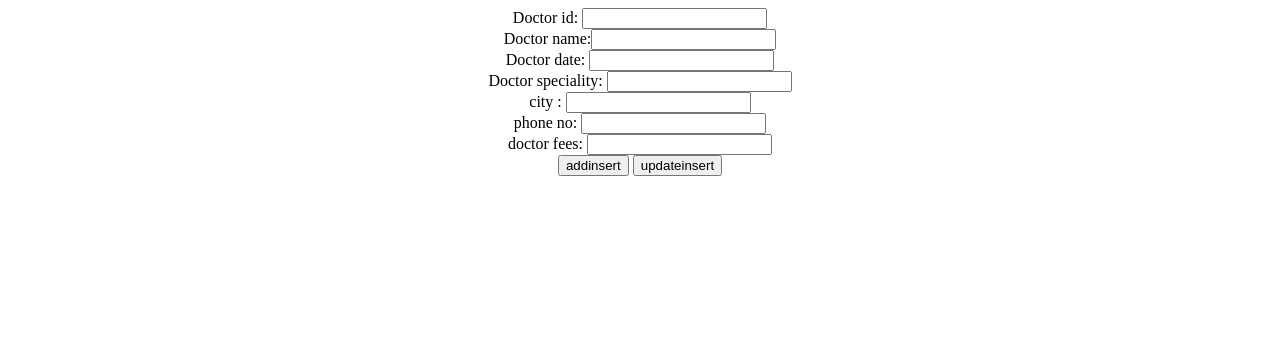
Repository: poobalan5397/corejava
Page: firstWebsite/src/main/webapp/adddoctor.html
The author's editor kept a copy of each file at every save. The page is drawn from the files as they stood at one save, then again after the next save.
The browser window is 1280 px wide. The pictures show the whole page.

Above is the page before, as saved 2022-05-23 09:14:33.

### firstWebsite/src/main/webapp/adddoctor.html
<!DOCTYPE html>
<html>
<head>
<meta charset="ISO-8859-1">
<title>doctor</title>
</head>
<body>
<form action="Doctors" method="post">
<center>
Doctor id: <input type='text' name='did'>
<div>
</div>
Doctor name:<input type='text' name='dname'>
<div>
</div>
Doctor date: <input type='text' name='ddate'>
<div>
</div>
Doctor speciality: <input type='text' name='dspecial'>
<div>
</div>
city : <input type='text' name='location'>
<div>
</div>
phone no: <input type='text' name='phno'>
<div>
</div>
doctor fees: <input type='text' name='fees'>
<div>
</div>
<input type='submit' value='addinsert'name='submit' >
<input type='submit' value='updateinsert'name='submit'>
</center>
</form>
</body>
</html>

After the next save:
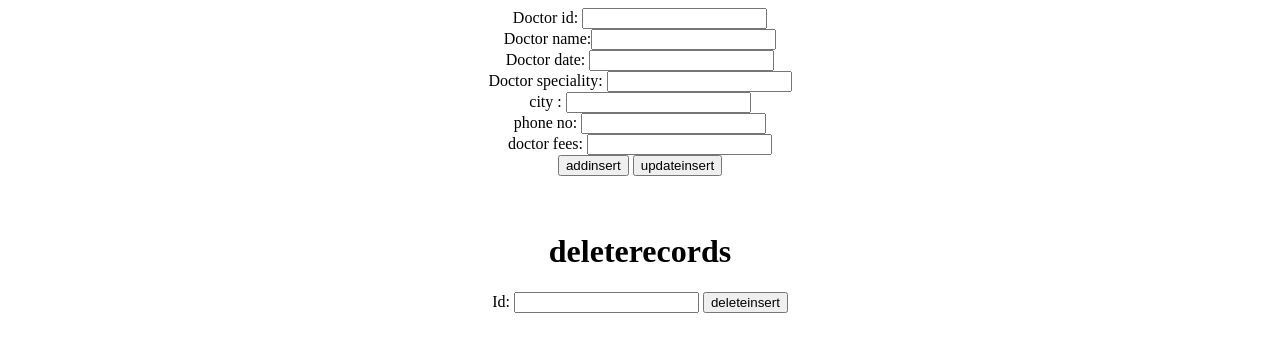
Saved 22 min 13 s later.
--- a/firstWebsite/src/main/webapp/adddoctor.html
+++ b/firstWebsite/src/main/webapp/adddoctor.html
@@ -30,6 +30,12 @@ doctor fees: <input type='text' name='fees'>
 </div>
 <input type='submit' value='addinsert'name='submit' >
 <input type='submit' value='updateinsert'name='submit'>
+<br>
+<br>
+<br>
+<h1>deleterecords</h1>
+Id: <input type='text' name='did'>
+<input type='submit' value='deleteinsert' name='submit'>
 </center>
 </form>
 </body>
